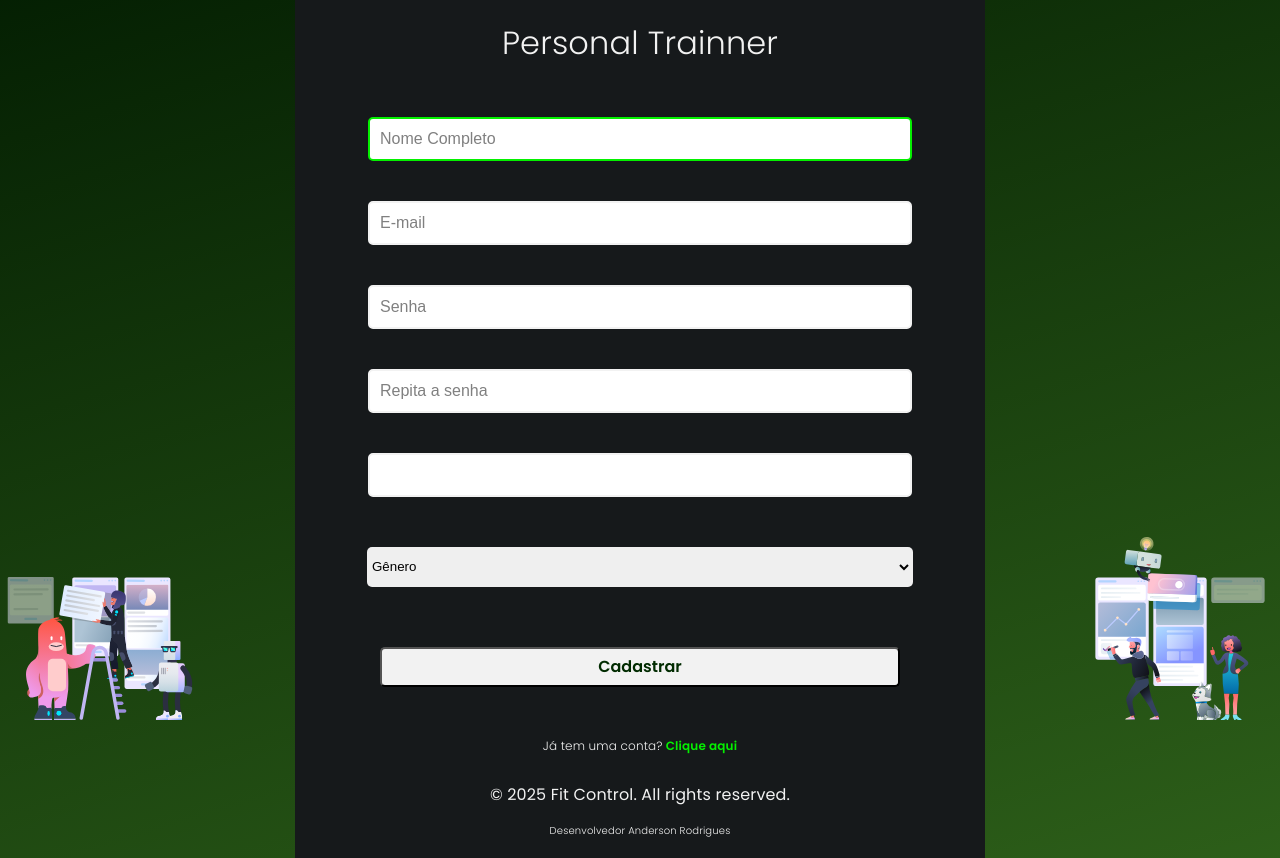
Repository: fit-control/frontend-fit-control
Page: /cadastro
An editor plug-in stored every save of this project. The page is shown before and after the next save, followed by the edit.
The browser window is 1280 px wide. The pictures show the whole page.
Some web fonts or font styles are not loaded; a fallback is used. The project was rebuilt for these pictures with package versions that can differ from the ones it lists, and the page was loaded fresh each time. Settings that the repository does not hold, such as keys and server addresses, were given made-up values. Also part of the build but not shown: next.config.js, vite.config.ts, src/components/containerCenterLogin.tsx, src/pages/About.tsx, src/pages/NotFound.tsx, src/components/AuthRoutes.tsx, src/pages/PaginaTeste.tsx.

Above is the page before, as saved 2025-03-23 19:38:49.

### src/main.tsx
import { StrictMode } from 'react'
import { createRoot } from 'react-dom/client'
import './App.css'
import App from './App.tsx'
import { AuthProvider } from './context/auth.tsx'

createRoot(document.getElementById('root')!).render(
  <StrictMode>
    <AuthProvider>
      <App />
    </AuthProvider>
  </StrictMode>,
)

### src/App.css
@import url('https://fonts.googleapis.com/css2?family=Alike+Angular&family=Platypi:ital,wght@0,300..800;1,300..800&family=Poppins:ital,wght@0,100;0,200;0,300;0,400;0,500;0,600;0,700;0,800;0,900;1,100;1,200;1,300;1,400;1,500;1,600;1,700;1,800;1,900&display=swap');
@import url('https://fonts.googleapis.com/css2?family=Aguafina+Script&family=Alike+Angular&family=Platypi:ital,wght@0,300..800;1,300..800&family=Poppins:ital,wght@0,100;0,200;0,300;0,400;0,500;0,600;0,700;0,800;0,900;1,100;1,200;1,300;1,400;1,500;1,600;1,700;1,800;1,900&display=swap');
/* @tailwind base;
@tailwind components;
@tailwind utilities; */

/* :root {
  --background: #ffffff;
  --foreground: #171717;
}

@media (prefers-color-scheme: light) {
  :root {
    --background: #0a0a0a;
    --foreground: #ededed;
  }
} */

body {
  padding: 0;
  margin: 0;
  font-family: Poppins, sans-serif;
  font-size: 16px;
  line-height: 1.5;
  font-weight: 400;
  width: 100vw;
  height: 100vh;
  letter-spacing: 0.01em;
  display: flex;
  justify-content: center;
  align-items: center;

  .iconPageLeft {
    position: absolute;
    left: 0;
    bottom: 0;
    max-width: 400px;
    max-height: 400px;

    @media (max-width: 1480px) {
      max-width: 300px;
      max-height: 300px;
    }
    @media (max-width: 1280px) {
      max-width: 200px;
      max-height: 200px;
    }
    @media (max-width: 930px) {
      display: none;
    }
  }
  .iconPageRight {
    position: absolute;
    right: 0;
    bottom: 0;
    max-width: 400px;
    max-height: 400px;

    @media (max-width: 1480px) {
      max-width: 300px;
      max-height: 300px;
    }

    @media (max-width: 1280px) {
      max-width: 200px;
      max-height: 200px;
    }
    @media (max-width: 930px) {
      display: none;
    }
  }

  .containerLogin {
    width: 650px;
    min-height: calc(100vh - 40px);
    display: flex;
    flex-direction: column;
    justify-content: space-between;
    padding: 20px;
    align-items: center;
    background-color: #16191B;

    @media (max-width: 930px) {
      width: calc(100vw - 40px);
      overflow: hidden;
    }
    .divTitle {
      margin-top: 40px;
      display: flex;
      flex-direction: column;
      align-items: center;
      justify-content: center;

      h1 {
        margin: 0;
        color: #04F000;
        font-family: 'Aguafina Script', cursive;
        font-size: 4rem;
        font-weight: 400;
      }
      h3 {
        margin: 0;
        color: #F2F2F2;
        font-family: 'Poppins', sans-serif;
        font-size: 2rem;
        font-weight: 300;
      }
      p {
        color: #F2F2F2;
        font-size: 12px;
        font-weight: 300;
        margin: 0;
        text-align: center;
        display: flex;
      }
    }
    p {
      text-align: center;
      display: flex;
      color: #F2F2F2;
    }
    footer {
      display: flex;
      flex-direction: column;
      align-items: center;
      justify-content: center;

      .assignDeveloper {
        margin: 0%;
        color: #F2F2F2;
        font-size: 10px;
        font-weight: 300;
      }
    }

    .centerCard {
      display: flex;
      flex-direction: column;
      align-items: center;
      justify-content: center;
      gap: 40px;
      width: -webkit-fill-available;
      margin-top: 50px;

      div {
        width: 100%;
        display: flex;
        flex-direction: column;
        align-items: center;
        gap: 10px;
        justify-content: center;
      }
      select {
        width: 84%;
        border-radius: 5px;
        height: 40px;
        margin: 10px;
      }
      input {
        width: 80%;
        height: 40px;
        border: 2px solid #F2F2F2;
        border-radius: 5px;
        padding: 0 10px;
        /* background-color: #16191B; */
        color: #16191B;
        font-size: 16px;
        font-weight: 300;
        outline: none;
        transition: all 0.3s ease;
        &::placeholder {
          color: gray;
          font-size: 16px;
          font-weight: 400;
        }
        &:focus {
          border-color: #04F000;
        }
      }
      .input-error {
        border: 2px solid red !important;
      }
      .input-text-error {
        margin: 0;
        color: red !important;
        font-weight: 300 !important;
      }
      label {
        color: #F2F2F2;
        font-size: 16px;
        font-weight: 300;
        display: flex;
        justify-content: flex-start;
        width: 80%;
      }
      button {
        width: 80%;
        height: 40px;
        border-radius: 5px;
        padding: 0 10px;
        font-family: 'Poppins', sans-serif;
        font-size: 16px;
        font-weight: 600;
        outline: none;
        transition: all 0.3s ease;
      }
      .button1{
        background-color: #012B00 !important;
        color: #FFFFFF !important;
      }
      .button1:hover{
        border: 2px solid #04F000;
        transition: all 0.4s ease-in-out;
      }
      .registerButton {
        background-color: #F2F2F2;
        color: #012B00;
        font-family: 'Poppins', sans-serif;
        font-size: 16px;
        font-weight: 600;
        outline: none;
        transition: all 0.3s ease;
        margin-top: 10px;

      }
      .registerButton:hover {
        background-color: #012B00;
        text-decoration: underline;
        color: #F2F2F2;
        border: 2px solid #04F000;
        cursor: pointer;
        transition: all 0.4s ease-in-out;
      }
      .registerLink {
        color: #04F000;
        font-weight: 600;
      }
      .tagRegister {
        margin-top: 10px;
        font-size: 12px;
        font-weight: 300;
        gap: 3px;
        cursor: pointer;
      }
      .registerLink {
        color: #04F000;
        font-weight: 600;
        text-decoration: none;
      }
      .registerLink:hover {
        text-decoration: underline;
      }
    }
  }
}

### src/App.tsx
import './App.css'
import Home from './pages/Home'
import About from './pages/About';
import NotFound from './pages/NotFound';
import { BrowserRouter as Router, Route, Routes } from "react-router-dom";
import AuthRoutes from './components/AuthRoutes';
import PaginaTeste from './pages/PaginaTeste';

function App() {

  return (
    <Router>
      <div>
      <Routes>
        <Route index element={<Home />} />
        <Route path="/cadastro" element={<Home />}/>
          <Route element={<AuthRoutes />}>
            <Route path="/pagina-teste" element={<PaginaTeste />}/>
          </Route>
          <Route path="/about" element={<About />} />
        <Route path="*" element={<NotFound />} />
      </Routes>
      </div>
    </Router>
  );
}

export default App

### src/context/auth.tsx
import React, { createContext, useContext, useState, useEffect, useCallback } from "react";
import axios from "axios";
import api from "../api/api";

interface User {
  id: string;
  email: string;
  password: string;
  name: string;
  role: string;
}

interface AuthContextType {
  user: User | null;
  login: (email: string, password: string) => Promise<User>;
  logout: () => void;
  isAuthenticated: boolean;
}

// Criação do contexto
const AuthContext = createContext<AuthContextType>({
  user: {
    id: '',
    email: '',
    password: '',
    name: '',
    role: ''
  },
  login: async () => ({
    id: '',
    email: '',
    password: '',
    name: '',
    role: ''
  }),
  logout: () => {},
  isAuthenticated: false
});

// Provider do contexto de autenticação
export const AuthProvider = ({ children }: { children: React.ReactNode }) => {
  const [user, setUser] = useState<User | null>(null);
  const [isAuthenticated, setIsAutenticatad] = useState<boolean>(false);

  const logout = () => {
    setIsAutenticatad(false);
    setUser(null);
    localStorage.removeItem("token");
    delete axios.defaults.headers.common["Authorization"];
  };

  const fetchUserData = useCallback(async (authToken: string) => {
    try {
      const response = await axios.get("/auth/me", {
        headers: { Authorization: `Bearer ${authToken}` },
      });
      setUser(response.data);
    } catch (error) {
      console.error("Erro ao buscar dados do usuário:", error);
      logout();
    }
  }, []);

  useEffect(() => {
    // Verifica se há um token salvo no localStorage ao carregar a aplicação
    const storedToken = localStorage.getItem("token");
    if (storedToken) {
      setIsAutenticatad(true);
      axios.defaults.headers.common["Authorization"] = `Bearer ${storedToken}`;
      fetchUserData(storedToken); // Busca os dados do usuário autenticado
    }
  }, [fetchUserData]);

  const login = async (email: string, password: string): Promise<User> => {
    console.log("Iniciando login com:", email, password);

    try {
      const response = await api.post("/api/login", { email, password });
      console.log("Resposta da API:", response.data);

      const { token } = response.data;

      if(token)setIsAutenticatad(true);
      localStorage.setItem("token", token);
      axios.defaults.headers.common["Authorization"] = `Bearer ${token}`;

      const fakeUser: User = {
        id: "123",
        email,
        password,
        name: "Usuário Fake",
        role: "Admin",
      };

      setUser(fakeUser);
      console.log("Usuário autenticado:", fakeUser);
      console.log(isAuthenticated)

      return fakeUser;
    } catch (error) {
      console.warn("Erro no login:", error);
      throw error; // Re-lança o erro para ser tratado pelo componente
    }
  };



  return (
    <AuthContext.Provider value={{ user, isAuthenticated, login, logout }}>
         {children}
    </AuthContext.Provider>
  );
};

// Hook para consumir o contexto
export const useAuth = () => useContext(AuthContext);

### src/pages/Home.tsx
import ContainerCenterCadastro from "../components/containerCenterCadastro";
import ContainerCenterLogin from "../components/containerCenterLogin";
import { useLocation } from "react-router-dom";

function Home() {
  const location = useLocation();
  return (
    <div className="items-center justify-items-center min=w-screen flex fundo_login" style={{
      width: '100vw',
      background: 'linear-gradient(343deg, rgba(22, 77, 0, 0.9), rgba(0, 25, 0, 10.9))'
    }}>
       {location.pathname === "/cadastro" ? <ContainerCenterCadastro /> : <ContainerCenterLogin />}
    </div>
  );
}
export default Home;

### src/api/api.ts
import axios from "axios";

const baseURL = import.meta.env.VITE_BASE_URL; // Use import.meta.env
const api = axios.create({
  baseURL: baseURL, // URL base da API
  timeout: 5000, // Tempo limite para requisições
  headers: { "Content-Type": "application/json" }, // Cabeçalhos padrão
});

// Interceptor para adicionar o token de autenticação nas requisições
api.interceptors.request.use(
    (config) => {
      // Recuperar o token do localStorage (ou outra fonte)
      const token = localStorage.getItem("token");

      if (token) {
        // Adicionar o token no cabeçalho da requisição
        config.headers.Authorization = `Bearer ${token}`;
      }

      // Retornar a configuração modificada
      return config;
    },
    (error) => {
      // Tratar erros na configuração da requisição
      console.error("Erro ao configurar a requisição:", error);
      return Promise.reject(error);
    }
  );

  // Interceptor para tratar respostas da API
  api.interceptors.response.use(
    (response) => {
      // Aqui você pode processar a resposta antes de retornar os dados
      console.log("Resposta bem-sucedida:", response);
      return response;
    },
    (error) => {
      // Tratar erros de resposta (ex.: erro 401 ou 500)
      if (error.response) {
        console.error("Erro na resposta da API:", error.response.data);

        // Exemplo: Redirecionar para login em caso de erro 401 (não autorizado)
        if (error.response.status === 401) {
          console.log("Token expirado. Redirecionando para login...");
          window.location.href = "/";
        }
      } else {
        console.error("Erro na requisição:", error.message);
      }

      return Promise.reject(error);
    }
  );

export default api;

### src/components/containerCenterCadastro.tsx
import { useAuth } from "../context/auth";
import { useState } from "react";
// import { useNavigate } from "react-router-dom";
import { ToastContainer, toast } from "react-toastify";
import "react-toastify/dist/ReactToastify.css";
import { useForm } from 'react-hook-form'
import { User } from "../types/AuthType";
import { useNavigate } from "react-router-dom";

const ContainerCenterCadastro = () => {

  const { login } = useAuth();
  const navigate = useNavigate();
  const [loading, setLoading] = useState(false);


  const [errorMessage, setErrorMessage] = useState<string | undefined>(
    undefined,
  )

  const {
    handleSubmit,
    register,
    getValues
  } = useForm<User>({
    mode: 'onSubmit',
  })


  const handleFormSubmit = async ({ nomeCompleto, email, password, genero }: User) => {
    console.log("ENTROU AQUI", nomeCompleto, email, password, genero);
    setLoading(true);
    // const credentials = { user, password }
    // setDadosProfileLocalStorage(credentials)

    try {
      const response = await login(email, password)
      if (response) {
        toast.success(`Seja bem vindo ${response.name}! login realizado com sucesso.`)
        // setTimeout(() => {
        //   navigate('/pagina-teste')
        // }, 1000)
      }
    } catch (error) {
      // setFocus('email')
      // setFocus('password')
      toast.error('Email ou senha inválidos. Tente novamente.')
      if (error instanceof Error) setErrorMessage(error.message)
        setTimeout(() => {
          setErrorMessage(() => '')
        }, 2000)
    }finally{
      setLoading(false);
    }
  }
  return (
    <form style={{
      width: '100vw',
      justifyContent: "center",
      display: "flex",
    }} onSubmit={(e) => {
      e.preventDefault();
      console.log("Valores no form:", getValues());
      handleSubmit(handleFormSubmit)(e);
    }}>
      <img src="/trello-right.e6e102c7 (1).svg" alt="iconPageLeft" className="iconPageLeft" />
        <main className="containerLogin">
        <div className="divTitle">
          <h1 className="title">Fit Control</h1>
          <h3 className="subtitle">Personal Trainner</h3>
        </div>
        <div className="centerCard">
            <input
            type="text"
            placeholder="Nome Completo"
            {...register('nomeCompleto', {
              required: 'Nome é obrigatório',
            })}
            autoFocus
            style={{ borderColor: errorMessage ? "red" : "" }}
          />
          <input
            type="text"
            placeholder="E-mail"
            {...register("email")}
            autoComplete="off" // Evita preenchimento automático
          />
          <input
            type="password"
            placeholder="Senha"
            {...register('password', {
              required: 'Senha é obrigatória',
              pattern: {
                value:
                  /^(?=.*\d)(?=.*[a-z])(?=.*[A-Z])(?=.*[!@#$%^&.*])[0-9a-zA-Z!@#$%^&*]{6,}$/,
                message:
                  'Senha deve ter pelo menos 6 caracteres, incluindo letras maiúsculas, minúsculas, números e caracteres especiais',
              },

            })}
            style={{ borderColor: errorMessage ? "red" : ""}}
          />
          <input
            type="password"
            placeholder="Repita a senha"
            {...register('password', {
              required: 'Senha é obrigatória',

            })}
            style={{ borderColor: errorMessage ? "red" : ""}}
          />
          <input
            type="text"
            {...register('telefone')}
            style={{ borderColor: errorMessage ? "red" : ""}}
          />
           <select {...register('genero')} style={{ borderColor: errorMessage ? "red" : "transparent" }}>
                <option value="">Gênero</option>
                <option value="homem">Homem</option>
                <option value="mulher">Mulher</option>
            </select>

          <button disabled={loading} type="submit" className="registerButton">
            {loading ? 'Carregando...' : 'Cadastrar'}
          </button>
          <p className="tagRegister">Já tem uma conta? <a onClick={(e) => {
            e.preventDefault(); // Impede a ação padrão do botão
            setTimeout(() => {
              navigate('/');
            }, 200);
          }} className="registerLink">Clique aqui</a></p>
        {errorMessage && (
              <div style={{ maxWidth: '85%', textAlign: 'center', color: 'red' }}>
                {errorMessage}
              </div>
            )}
        </div>

        <footer className="">
          <p className="">
            &copy; {new Date().getFullYear()} Fit Control. All rights reserved.
          </p>
          <p className="assignDeveloper">Desenvolvedor Anderson Rodrigues</p>
        </footer>
      </main>
      <img src="/trello-left.4f52d13c (1).svg" alt="iconPageRight" className="iconPageRight" />
      <ToastContainer />
    </form>
  );
};

export default ContainerCenterCadastro;

Loaded but not shown: index.html (common file); tailwind.config.js (common file)

After the next save:
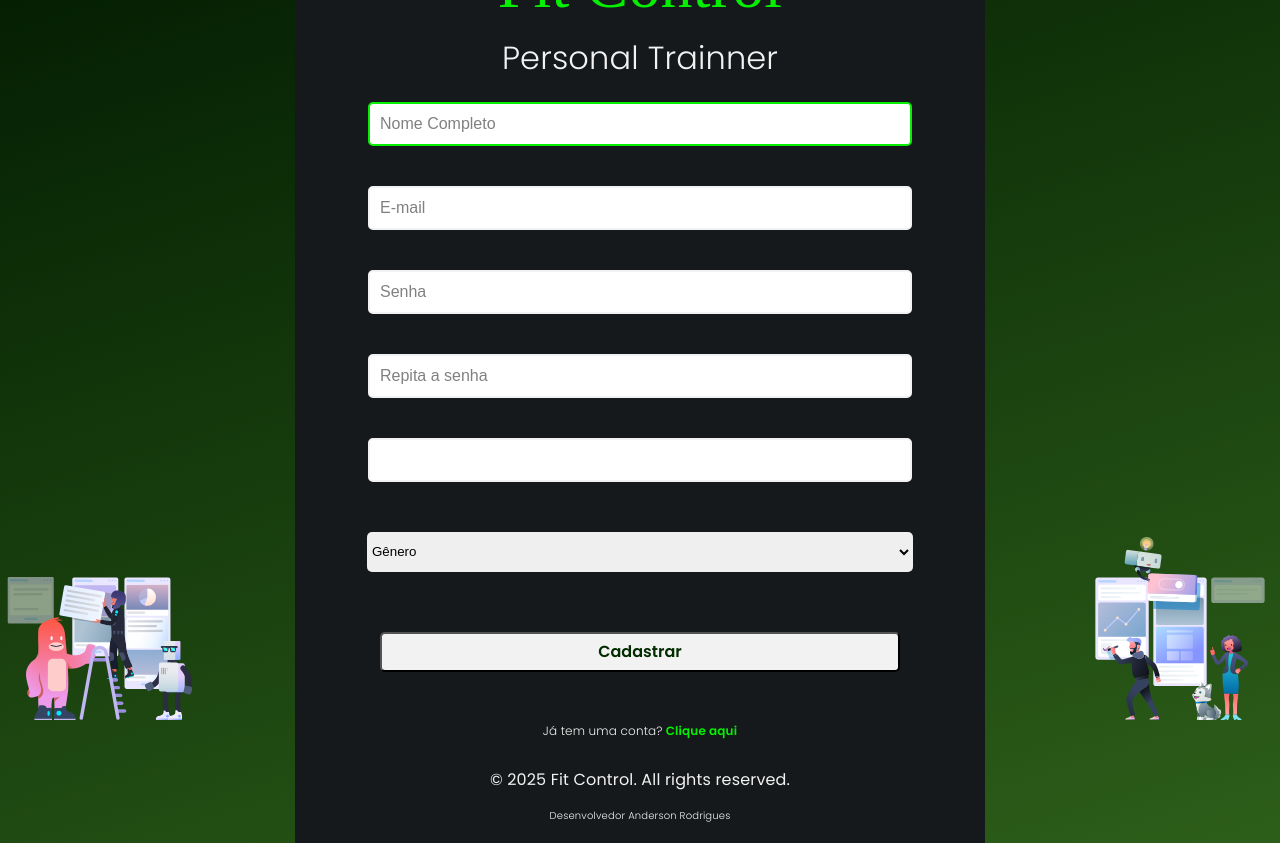
Saved 30 s later.
--- a/src/App.css
+++ b/src/App.css
@@ -90,6 +90,7 @@ body {
       flex-direction: column;
       align-items: center;
       justify-content: center;
+      margin-bottom: 20px;
 
       h1 {
         margin: 0;
@@ -140,7 +141,7 @@ body {
       justify-content: center;
       gap: 40px;
       width: -webkit-fill-available;
-      margin-top: 50px;
+
 
       div {
         width: 100%;

After the save that followed:
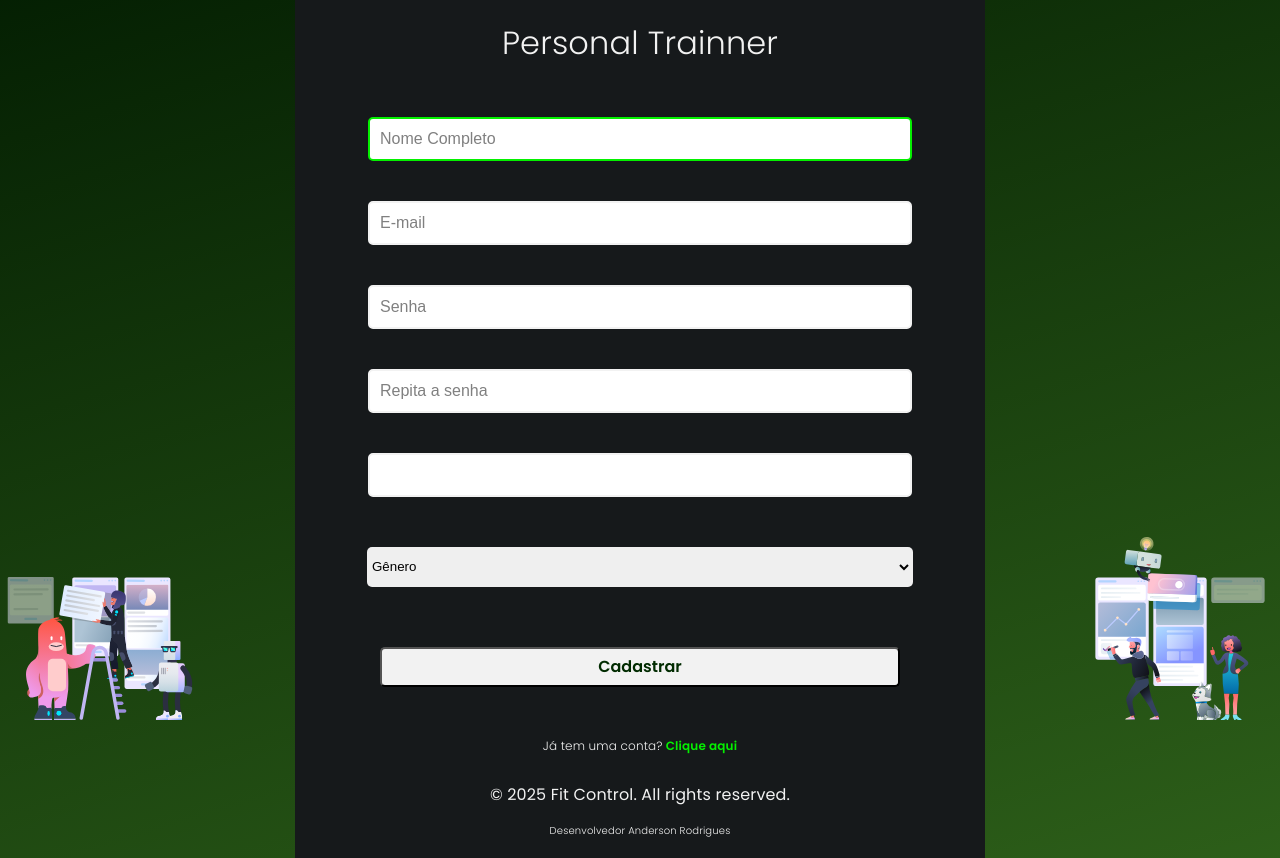
Saved 5 s later.
--- a/src/App.css
+++ b/src/App.css
@@ -90,7 +90,7 @@ body {
       flex-direction: column;
       align-items: center;
       justify-content: center;
-      margin-bottom: 20px;
+      margin-bottom: 50px;
 
       h1 {
         margin: 0;
